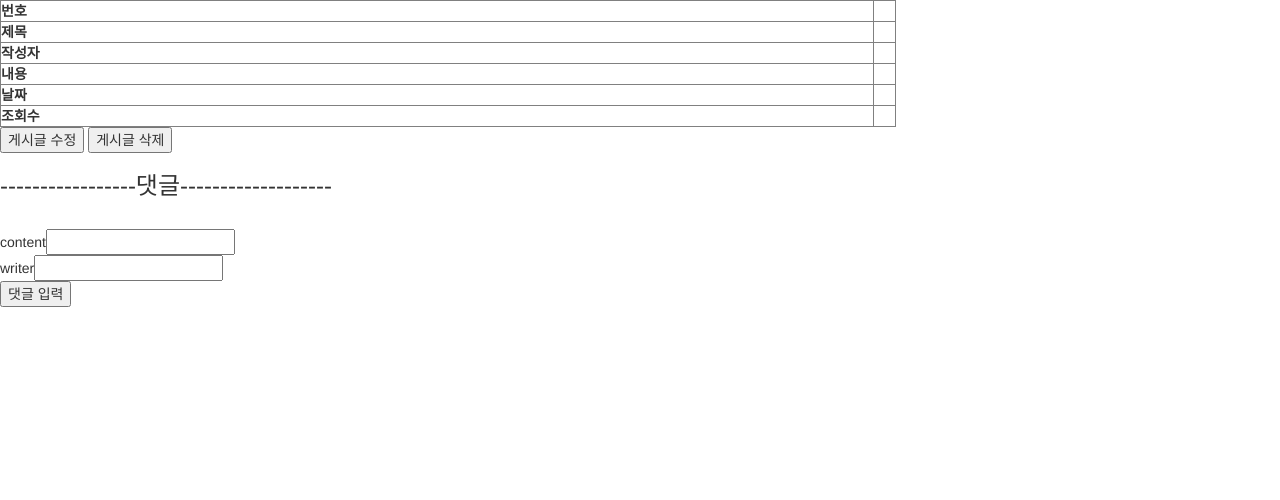
Repository: changyunLee/practice_01
Page: http://localhost/board0513/WEB-INF/views/detail.jsp
The author's editor kept a copy of each file at every save. The page is drawn from the files as they stood at one save, then again after the next save.
The browser window is 1280 px wide. The pictures show the whole page.
The page is served by Tomcat 9. Nobody is signed in. Other server files are loaded and not shown. The template is opened directly, without the code that normally fills it, so the values that code supplies are empty.

Above is the page before, as saved 2021-10-05 03:20:10.

### SpringMVC_WORK/board0513/src/main/webapp/WEB-INF/views/detail.jsp
<%@ page language="java" contentType="text/html; charset=UTF-8"
	pageEncoding="UTF-8"%>
<%@ taglib prefix="c" uri="http://java.sun.com/jsp/jstl/core"%>


<!DOCTYPE html>
<html>
<head>
<!-- Latest compiled and minified CSS -->
<link rel="stylesheet" href="https://maxcdn.bootstrapcdn.com/bootstrap/3.4.1/css/bootstrap.min.css">

<!-- jQuery library -->
<script src="https://ajax.googleapis.com/ajax/libs/jquery/3.5.1/jquery.min.js"></script>

<!-- Latest compiled JavaScript -->
<script src="https://maxcdn.bootstrapcdn.com/bootstrap/3.4.1/js/bootstrap.min.js"></script>

<meta charset="UTF-8">

<title>Insert title here</title>
<script type="text/javascript"
 src="https://code.jquery.com/jquery-3.6.0.min.js"></script>
   <script type="text/javascript">
   function reply() {
   	$.ajax({
   		url : "/reply.do",
   		type : "POST",
   		data : $("#writerply").serialize(),
   	 	dataType:"JSON",
   	 	success : function (result){
   	 			console.log(result);
   	 		  alert("작성 완료?");
   	 		  location.href="/home.do";
   	 	}
   	})
   }

   </script>
</head>
<body>

	<table border="1" width="70%">

	<tr>
		<th>번호</th>
		<td>${board.bnum}</td>
	</tr>
	<tr>
		<th>제목</th>
		<td>${board.title}</td>
	</tr>
	<tr>
		<th>작성자</th>
		<td>${board.writer}</td>
	</tr>
	<tr>
		<th>내용</th>
		<td>${board.bcontent}</td>
	</tr>
	<tr>
		<th>날짜</th>
		<td>${board.bdate}</td>
	</tr>
	<tr>
		<th>조회수</th>
		<td>${board.bcnt}</td>
	</tr>

	</table>

	<button type="button"
		onclick="location.href='update.do?bnum=${board.bnum}'">게시글 수정</button>
	<button type="button"
		onclick="location.href='delete.do?bnum=${board.bnum}'">게시글 삭제</button>

	<!-- 댓글  -->

<table border="1" width="50%">
	<form id="writerply">

	<h3>-----------------댓글-------------------</h3>
	<input type="hidden" name= "bnum" value=" ${board.bnum }"/><br />
	content<input type="text" name="content" /><br />
	writer<input type="text" name="writer" value="${member.userid }"/><br />

	</form>
	</table>
	<button type="button" onclick="reply()">댓글 입력</button>

	<div id="reply">
		<ol class="replyList">
			<c:forEach items="${replyList }" var="reply">
				<li>
					<p>
						작성자 : ${reply.writer } <br />
						작성 날짜 : ${reply.regdate }<br />
					</p>
					<p>-->${reply.content}</p>

				</li>
			</c:forEach>
		</ol>
	</div>


</body>
</html>

After the next save:
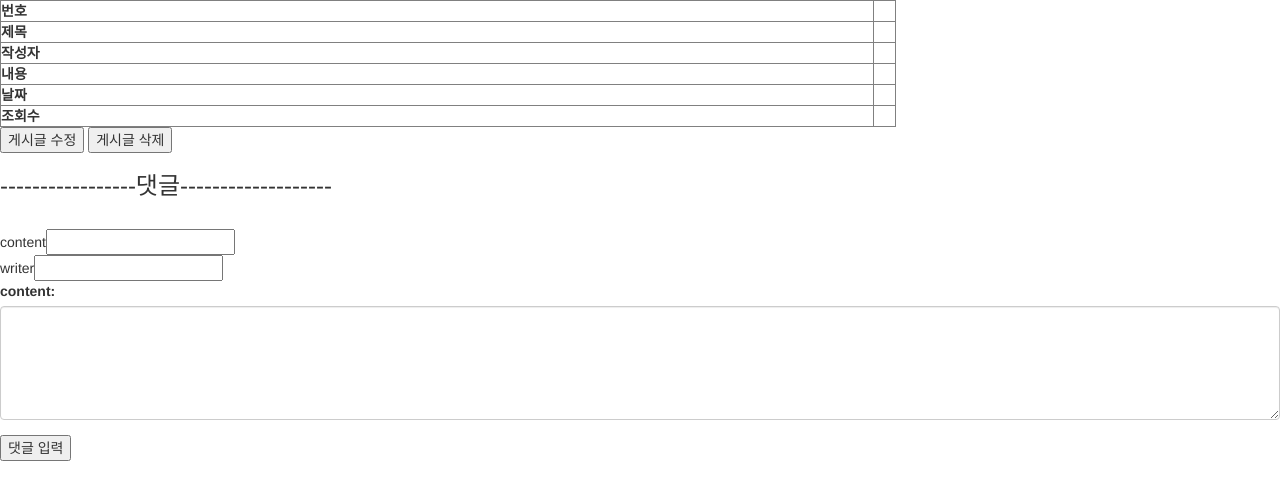
Saved 94 s later.
--- a/SpringMVC_WORK/board0513/src/main/webapp/WEB-INF/views/detail.jsp
+++ b/SpringMVC_WORK/board0513/src/main/webapp/WEB-INF/views/detail.jsp
@@ -75,14 +75,17 @@
 
 	<!-- 댓글  -->
 
-<table border="1" width="50%">
+	<table border="1" width="50%">
 	<form id="writerply">
 
 	<h3>-----------------댓글-------------------</h3>
 	<input type="hidden" name= "bnum" value=" ${board.bnum }"/><br />
 	content<input type="text" name="content" /><br />
 	writer<input type="text" name="writer" value="${member.userid }"/><br />
-
+	<div class="form-group">
+  <label for="content">content:</label>
+  <textarea class="form-control" rows="5" id="comment"></textarea>
+</div>
 	</form>
 	</table>
 	<button type="button" onclick="reply()">댓글 입력</button>
